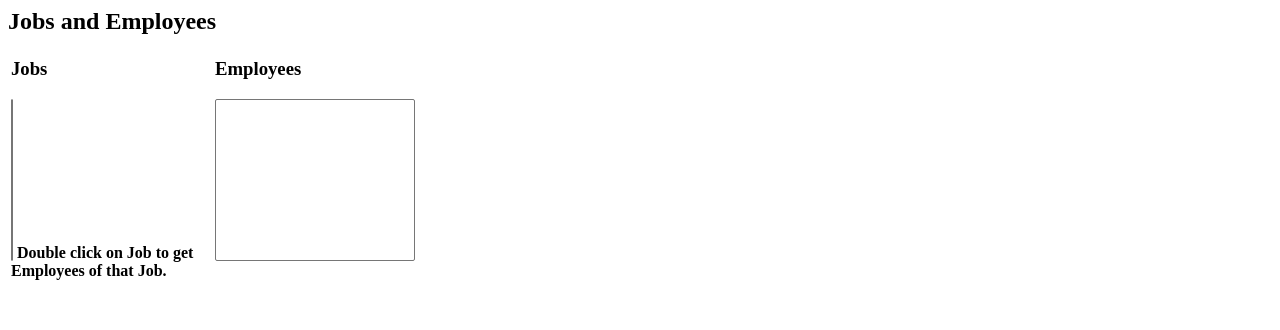
Repository: rejatavi/IntialCommit
Page: Web/WebContent/Jquery/jobs.html
These files come from the project's save history. The page is drawn as it stood at one moment and after the next save; the edit follows.
The browser window is 1280 px wide. The pictures show the whole page.

Above is the page before, as saved 2018-05-30 14:19:30.

After the next save:
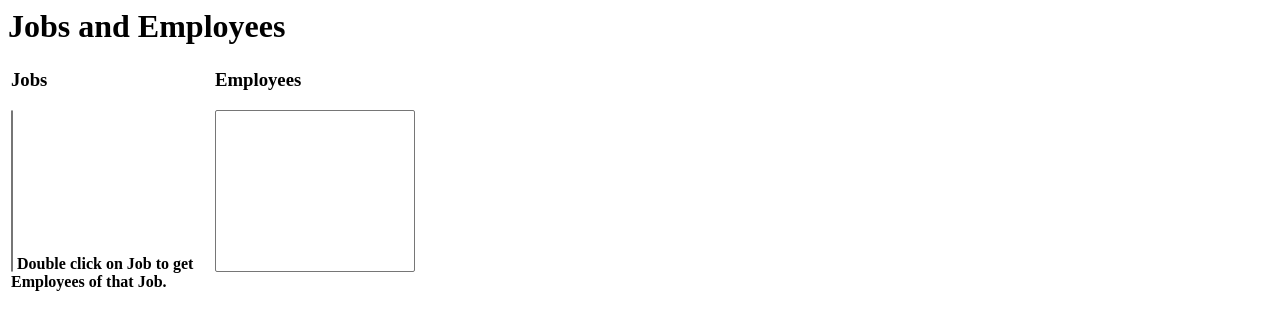
Saved 27 s later.
--- a/Web/WebContent/Jquery/jobs.html
+++ b/Web/WebContent/Jquery/jobs.html
@@ -1,6 +1,6 @@
 <html>
 <body>
-	<h2>Jobs and Employees</h2>
+	<h1>Jobs and Employees</h1>
 	<table>
 		<tr>
 			<td valign="top" width="200px">
